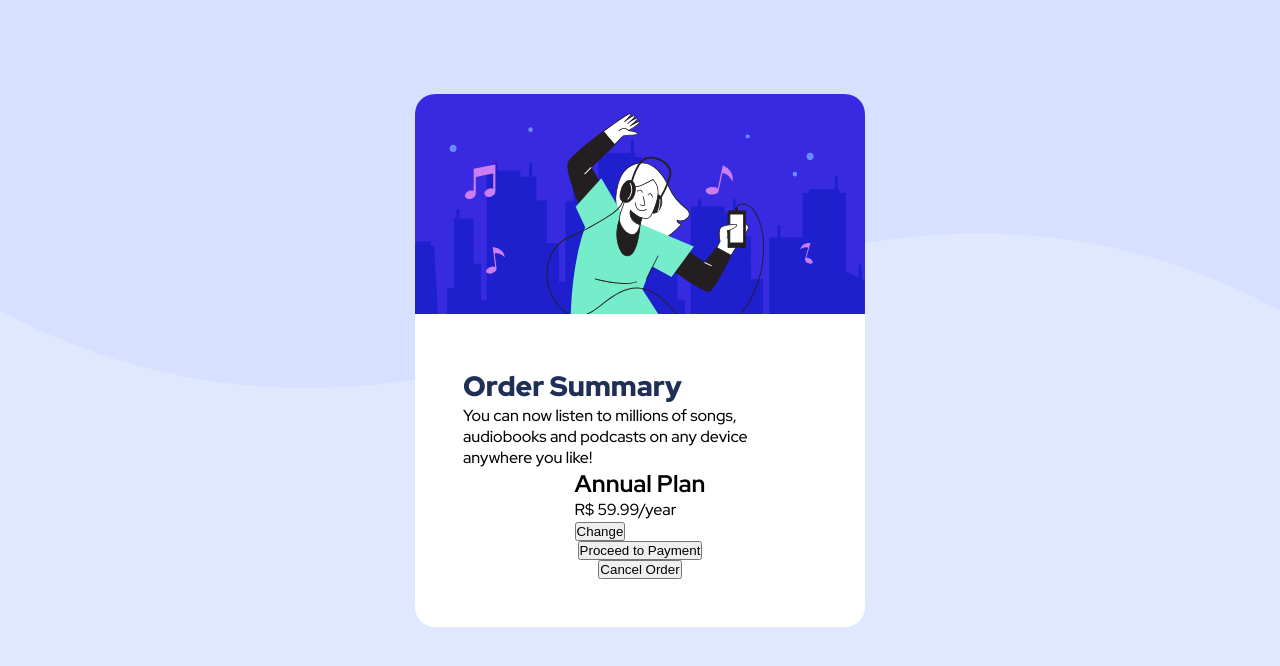
Repository: gccavalheiro/order-summary-card
Page: index.html
These files come from the project's save history. The page is drawn as it stood at one moment and after the next save; the edit follows.
The browser window is 1280 px wide. The pictures show the whole page.

Above is the page before, as saved 2021-12-17 02:06:30.

### index.html
<!DOCTYPE html>
<html lang="en">

<head>
  <meta charset="UTF-8" />
  <meta http-equiv="X-UA-Compatible" content="IE=edge" />
  <meta name="viewport" content="width=device-width, initial-scale=1.0" />
  <link rel="preconnect" href="https://fonts.googleapis.com">
  <link rel="preconnect" href="https://fonts.gstatic.com" crossorigin>
  <link href="https://fonts.googleapis.com/css2?family=Red+Hat+Display:wght@500;700;900&display=swap" rel="stylesheet">
  <link rel="icon" type="image/png" sizes="32x32" href="./images/favicon-32x32.png" />
  <title>Frontend Mentor | Order summary card</title>
  <link rel="stylesheet" href="./assets/css/main.css" />
</head>

<body>
  <main>
    <div class="card">
      <div class="card-header">
        <img src="./assets/images/illustration-hero.svg" alt="Illustration Woman">
      </div>
      <div class="card-body">
        <div class="card-info">
          <h1>Order Summary</h1>
          <p>You can now listen to millions of songs,
            audiobooks and podcasts on any device
            anywhere you like! </p>
        </div>
        <div class="card-plan">
          <div class="card-plan-detail">
            <div class="card-plan-icon-detail"></div>
            <div class="card-plan-info-detail">
              <h2>Annual Plan</h2>
              <p>R$ 59.99/year</p>
            </div>
          </div>
          <button class="card-plan-button">Change</button>
        </div>
        <button class="card-button-payment">Proceed to Payment</button>
        <button class="card-button-cancel">Cancel Order</button>
      </div>
    </div>
  </main>
</body>

</html>

### assets/css/main.css
:root {
  --primary-pale-blue: hsl(225, 100%, 94%);
  --secondary-bright-blue: hsl(245, 75%, 52%);
  --very-pale-blue:hsl(225, 100%, 98%);
  --desaturated-blue: hsl(224, 23%, 55%);
  --dark-blue: hsl(223, 47%, 23%);
  --variant-blue: hsl(245, 83%, 68%);
  --white: hsl(0, 0%, 100%);
}

* {
  margin: 0;
  padding: 0;
  outline: 0;
  box-sizing: border-box;
  text-rendering: optimizeLegibility;
  -webkit-font-smoothing: antialiased;
  -moz-osx-font-smoothing: grayscale;
}


body {
  font-family: 'Red Hat Display', sans-serif;
  font-size: 1rem;
  background-color: var(--primary-pale-blue);
  background-image: url('../images/pattern-background-desktop.svg');
  background-repeat: no-repeat;
  background-position: top center;
  background-size: contain;
}

img {
  width: 100%;
}

main {
  display: flex;
  align-items: center;
  justify-content: center;
  width: 100%;
  height: 100vh;
}

.card {
  display: flex;
  flex-direction: column;
  width: 100%;
  max-width: 450px;
  border-radius: 20px;
  background-color: var(--white);
}

.card-header {
  width: 100%;
  border-top-left-radius: 20px;
  border-top-right-radius: 20px;
  overflow: hidden;
}

.card-body {
  display: flex;
  flex-direction: column;
  align-items: center;
  padding: 48px;
}

.card-info h1{
  font-size: 1.75rem;
  color: var(--dark-blue);
  font-weight: 900;
}


.card-plan{}
.card-plan-detail{}
.card-plan-icon-detail{}
.card-plan-info-detail{}
.card-plan-button{}
.card-button-payment{}
.card-button-cancel{}

After the next save:
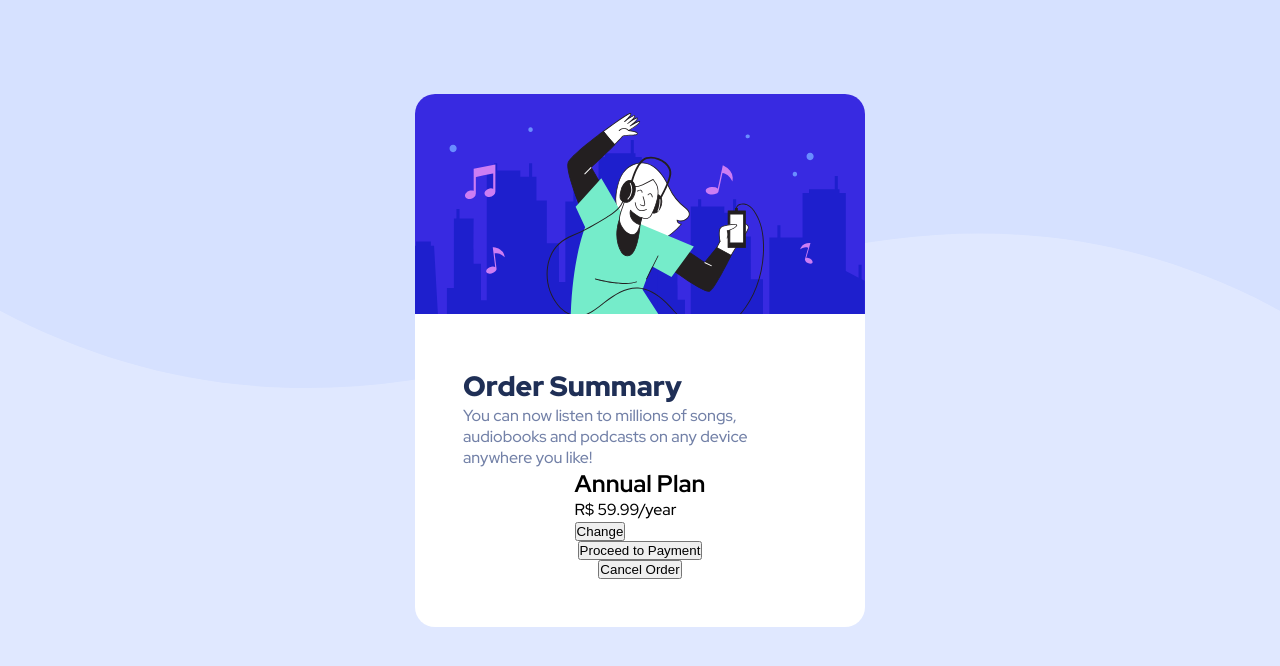
Saved 56 s later.
--- a/assets/css/main.css
+++ b/assets/css/main.css
@@ -70,6 +70,13 @@ main {
   font-weight: 900;
 }
 
+.card-info p{
+  font-size: 1rem;
+  color: var(--desaturated-blue);
+  font-weight: 500;
+}
+
+
 
 .card-plan{}
 .card-plan-detail{}
